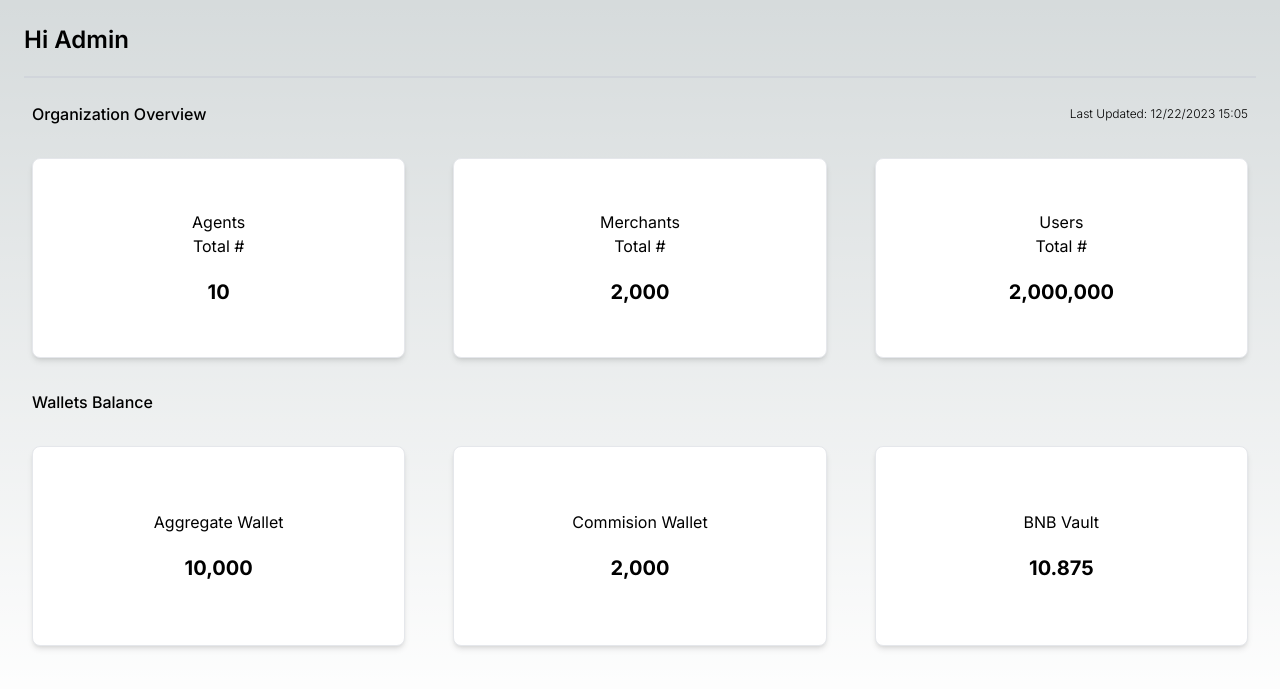
Repository: khairul35/merchant-dashboard
Page: /home
These files come from the project's save history. The page is drawn as it stood at one moment and after the next save; the edit follows.
The browser window is 1280 px wide. The pictures show the whole page.
The project was rebuilt for these pictures with package versions that can differ from the ones it lists, and the page was loaded fresh each time. The framework's server and built-in components were replaced by stand-ins that run in the browser. Also part of the build but not shown: next.config.js, app/components/layout/Header/index.module.css, app/components/layout/Header/index.component.tsx, app/components/layout/Navigation/index.module.css, app/components/layout/Navigation/index.component.tsx, app/components/layout/Navigation/menus.tsx.

Above is the page before, as saved 2024-01-03 17:36:09.

After the next save:
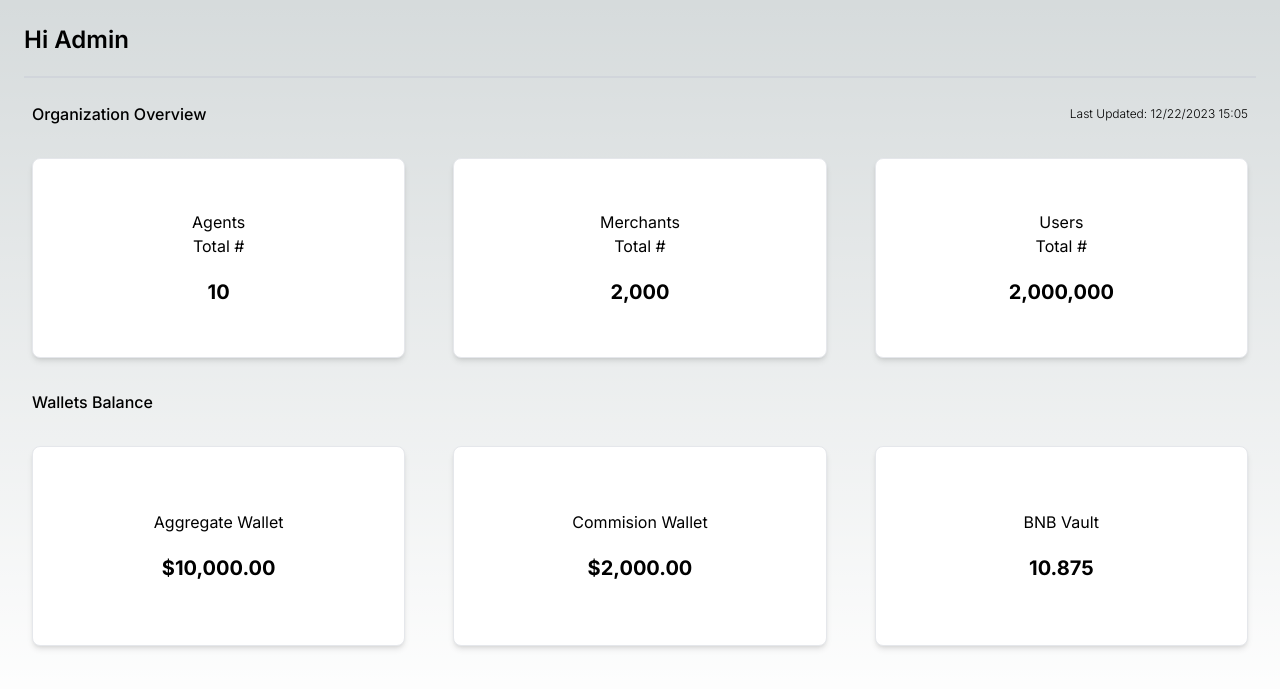
Saved 51 s later.
--- a/app/home/wallet-balance/index.component.tsx
+++ b/app/home/wallet-balance/index.component.tsx
@@ -1,7 +1,7 @@
 import Card from "@/app/components/card";
-import { formatNumberToComma } from "@/utils/formatNumberToComma";
 import { WalletProps } from "./index.prop";
 import styles from './index.module.css';
+import { formatMoney } from "@/utils/formatMoney";
 
 const Component = (props: WalletProps) => {
     const { aggregateWallet, commisionWallet, BNBVault } = props;
@@ -15,7 +15,7 @@
                     <Card className={styles.walletCard}>
                         <div style={{textAlign: 'center'}}>Aggregate Wallet</div>
                         <div className="font-bold text-xl pt-5">
-                            {formatNumberToComma(aggregateWallet)}
+                            {formatMoney(aggregateWallet, 'USD')}
                         </div>
                     </Card>
                 </div>
@@ -23,7 +23,7 @@
                     <Card className={styles.walletCard}>
                         <div style={{textAlign: 'center'}}>Commision Wallet</div>
                         <div className="font-bold text-xl pt-5">
-                            {formatNumberToComma(commisionWallet)}
+                            {formatMoney(commisionWallet, 'USD')}
                         </div>
                     </Card>
                 </div>
